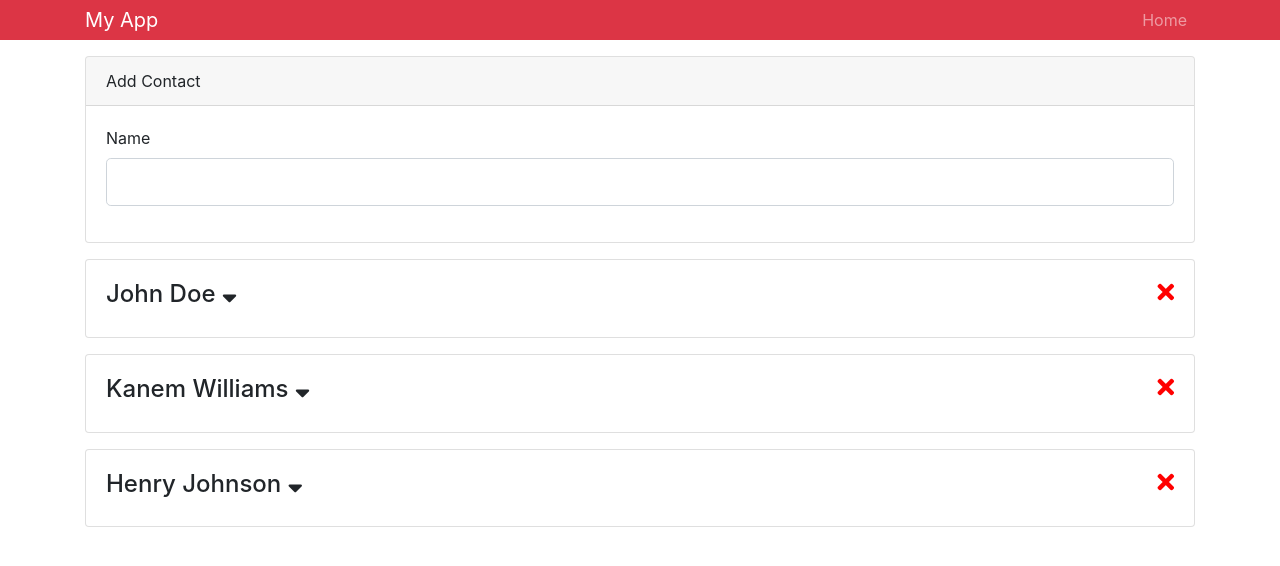
Repository: Mtbwka/contactmanager
Page: /
An editor plug-in stored every save of this project. The page is shown before and after the next save, followed by the edit.
The browser window is 1280 px wide. The pictures show the whole page.
Some web libraries are served in a nearby version. The project was rebuilt for these pictures with package versions that can differ from the ones it lists, and the page was loaded fresh each time.

Above is the page before, as saved 2019-05-08 17:55:39.

After the next save:
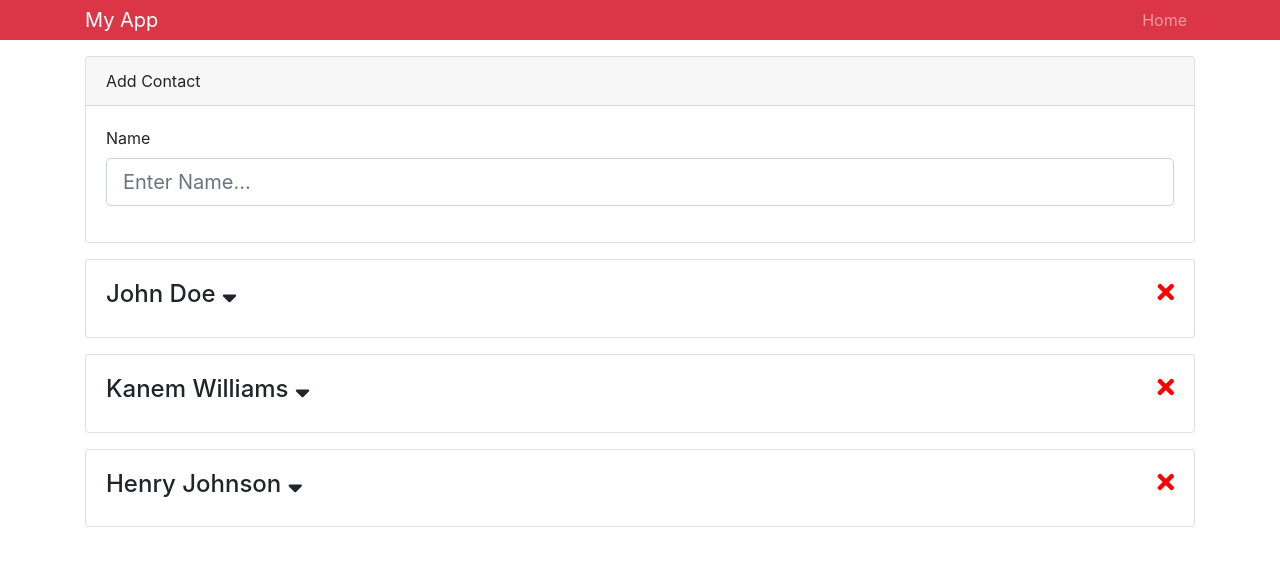
Saved 11 s later.
--- a/src/components/contacts/AddContact.js
+++ b/src/components/contacts/AddContact.js
@@ -19,6 +19,7 @@ class AddContact extends Component {
                 type='text'
                 className='form-control form-control-lg'
                 name='name'
+                placeholder='Enter Name...'
               />
             </div>
           </form>
